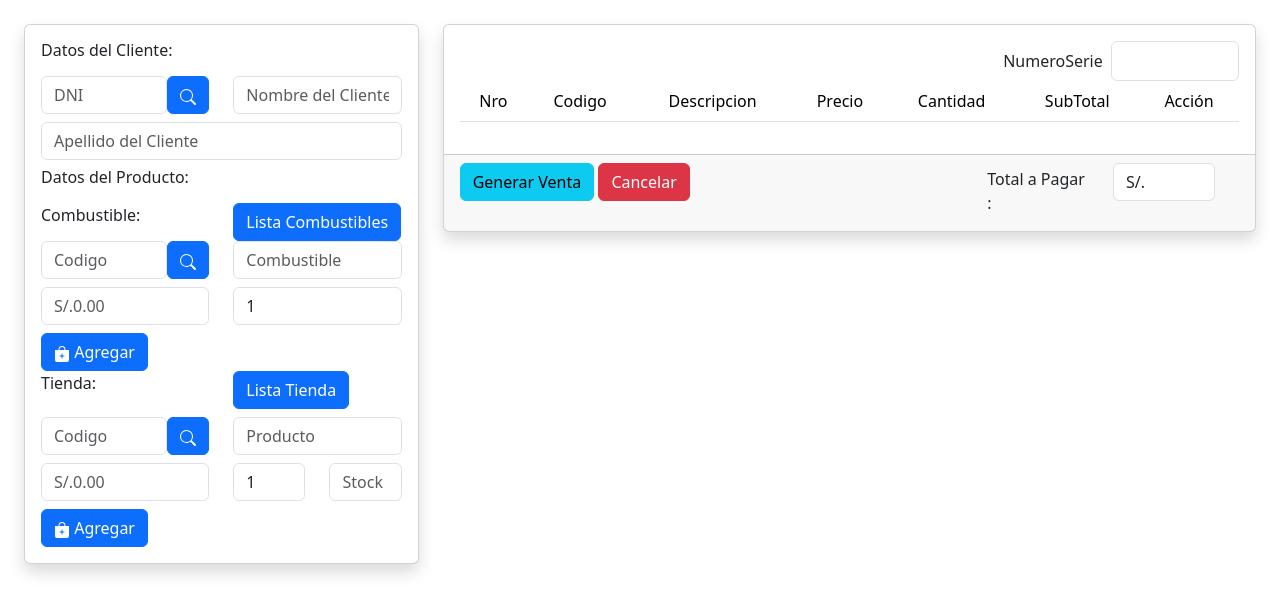
Repository: alexpool1122/evaluaciones
Page: http://localhost/Centenario2023/Ventas.jsp
The author's editor kept a copy of each file at every save. The page is drawn from the files as they stood at one save, then again after the next save.
The browser window is 1280 px wide. The pictures show the whole page.
The page is served by Tomcat 10. Other server files are loaded and not shown. The template is opened directly, without the code that normally fills it, so the values that code supplies are empty.

Above is the page before, as saved 2023-06-29 19:11:45.

### ProyectoFinal/Proyecto/Centenario2023/src/main/webapp/Ventas.jsp
<%@page import="Entidad.Empleado"%>
<%@page import="java.sql.ResultSet"%>
<%@page import="java.sql.PreparedStatement"%>
<%@page import="java.sql.DriverManager"%>
<%@page import="java.sql.Connection"%>
<%@page import="Entidad.Combustible"%>
<%@page import="java.awt.event.ItemEvent"%>
<%@page import="org.apache.tomcat.util.descriptor.tld.TldRuleSet.Variable"%>
<%@page import="org.eclipse.jdt.internal.compiler.ast.ForeachStatement"%>
<%@page import="org.apache.jasper.tagplugins.jstl.core.ForEach"%>
<%@page import="Entidad.Venta"%>
<%@page import="java.util.List"%>
<%@ page language="java" contentType="text/html; charset=ISO-8859-1"
    pageEncoding="ISO-8859-1"%>
<!DOCTYPE html>
<html>
<head>
    <meta charset="utf-8">
    <meta name="viewport" content="width=device-width, initial-scale=1">
    <title>Ventas</title>
    <link href="https://cdn.jsdelivr.net/npm/bootstrap@5.3.0-alpha3/dist/css/bootstrap.min.css" rel="stylesheet" integrity="sha384-KK94CHFLLe+nY2dmCWGMq91rCGa5gtU4mk92HdvYe+M/SXH301p5ILy+dN9+nJOZ" crossorigin="anonymous">
</head>
<body>
	<%
		Class.forName("com.mysql.jdbc.Driver");
		String url = "jdbc:mysql://localhost:3306/BDCentenario23";
		String usuario = "root";
		String clave = "mysql";
		String sql ;
		Connection cn = DriverManager.getConnection(url,usuario,clave) ;
		PreparedStatement pstm ;
		ResultSet rs ;
	%>
	<div class="m-4">
		<div class="row">
			<div class="col-4">
				<div class="card shadow">
					<div class="card-body">
						<form action="Controlador?menu=Venta" method="post">
							<div class="form-group row mb-2">
								<h6>Datos del Cliente:</h6>
							</div>
							<div class="form-group row mb-2">
								<div class="col-6 d-flex">
									<input type="text" class="form-control" name="txtDniCliente"id="codCliente" placeholder="DNI" value="${cliente.getDniCliente() }">
									<button type="submit" class="btn btn-primary" value="BuscarCliente" name="accion" id="buscarCliente">
										<svg xmlns="http://www.w3.org/2000/svg" width="16" height="16" fill="currentColor" class="bi bi-search" viewBox="0 0 16 16">
										  <path d="M11.742 10.344a6.5 6.5 0 1 0-1.397 1.398h-.001c.03.04.062.078.098.115l3.85 3.85a1 1 0 0 0 1.415-1.414l-3.85-3.85a1.007 1.007 0 0 0-.115-.1zM12 6.5a5.5 5.5 0 1 1-11 0 5.5 5.5 0 0 1 11 0z"/>
										</svg>
									</button>
								</div>
								<div class="col-6">
										<input type="text" class="form-control" name="txtCliente" value="${cliente.getNomCliente()}" id="nomCliente" placeholder="Nombre del Cliente">
									</div>
								<div class=" mt-2">
									<input type="text" class="form-control" name="txtCliente" value="${cliente.getApeCliente()}" id="nomCliente" placeholder="Apellido del Cliente">
								</div>
							</div>
							<div class="form-group row mb-2">
								<h6>Datos del Producto:</h6>
							</div>
							<div class="form-group row">
								<div class="col-6">
									<label>Combustible:</label>
								</div>
								<div class="col-6">
									<!-- Button trigger modal -->
									<button type="button" class="btn btn-primary" data-bs-toggle="modal" data-bs-target="#exampleModal">
									  Lista Combustibles
									</button>

									<!-- Modal -->
									<div class="modal fade" id="exampleModal" tabindex="-1" aria-labelledby="exampleModalLabel" aria-hidden="true">
									  <div class="modal-dialog">
									    <div class="modal-content">
									      <div class="modal-header">
									        <h1 class="modal-title fs-5" id="exampleModalLabel">Lista de los Combustibles</h1>
									        <button type="button" class="btn-close" data-bs-dismiss="modal" aria-label="Close"></button>
									      </div>
									      <div class="modal-body">
									        <table class="table">
												<tr>
													<td>Codigo</td>
													<td>Producto</td>
													<td>Capacidad</td>
													<td>Precio</td>
													<td>Estado</td>
												</tr>
												<%
													sql = "select * from productoCombustible";
													pstm = cn.prepareStatement(sql);
													rs = pstm.executeQuery();
													while(rs.next()){
												%>
												<tr>
														<td><%= rs.getString(1) %></td>
														<td><%= rs.getString(2) %></td>
														<td><%= rs.getDouble(3) %></td>
														<td><%= rs.getDouble(4) %></td>
														<td><%= rs.getString(5) %></td>
												</tr>
												<%} %>
											</table>
									      </div>
									      <div class="modal-footer">
									        <button type="button" class="btn btn-danger" data-bs-dismiss="modal">Cerrar</button>
									      </div>
									    </div>
									  </div>
									</div>
								</div>
							</div>
							<div class="form-group row mb-2">
								<div class="col-6 d-flex">
									<input type="text" class="form-control" name="txtCodigo" placeholder="Codigo" value="${combustible.getCodProdComb() }">
									<button type="submit" class="btn btn-primary" value="BuscarCombustible" name="accion" id="buscarCombustible">
										<svg xmlns="http://www.w3.org/2000/svg" width="16" height="16" fill="currentColor" class="bi bi-search" viewBox="0 0 16 16">
										  <path d="M11.742 10.344a6.5 6.5 0 1 0-1.397 1.398h-.001c.03.04.062.078.098.115l3.85 3.85a1 1 0 0 0 1.415-1.414l-3.85-3.85a1.007 1.007 0 0 0-.115-.1zM12 6.5a5.5 5.5 0 1 1-11 0 5.5 5.5 0 0 1 11 0z"/>
										</svg>
									</button>
								</div>
								<div class="col-6">
									<input type="text" class="form-control" name="txtCombustible" placeholder="Combustible" value="${combustible.getNomComb()}">
								</div>
							</div>
							<div class="form-group row mb-2">
								<div class="col-6">
									<input type="text" class="form-control" name="txtPrecio" id="precio" placeholder="S/.0.00" value="${combustible.getPrecio()}">
								</div>
								<div class="col-6">
									<input type="number" class="form-control" name="txtCantidad" id="cantidad" placeholder="Cantidad" value="1"  title="Ingrese un número decimal válido">
								</div>
							</div>
							<div>
								<button type="submit" class="btn btn-primary" value="AgregarCombustible" name="accion" id="agregar">
									<svg xmlns="http://www.w3.org/2000/svg" width="16" height="16" fill="currentColor" class="bi bi-bag-plus-fill" viewBox="0 0 16 16">
									  <path fill-rule="evenodd" d="M10.5 3.5a2.5 2.5 0 0 0-5 0V4h5v-.5zm1 0V4H15v10a2 2 0 0 1-2 2H3a2 2 0 0 1-2-2V4h3.5v-.5a3.5 3.5 0 1 1 7 0zM8.5 8a.5.5 0 0 0-1 0v1.5H6a.5.5 0 0 0 0 1h1.5V12a.5.5 0 0 0 1 0v-1.5H10a.5.5 0 0 0 0-1H8.5V8z"/>
									</svg>
									 Agregar
								</button>
							</div>
							<div class="form-group row mb-2">
								<div class="col-6">
									<label>Tienda:</label>
								</div>
								<div class="col-6">
									<button type="button" class="btn btn-primary" data-bs-toggle="modal" data-bs-target="#listaTienda">
									  Lista Tienda
									</button>
									<!-- Modal -->
									<div class="modal fade" id="listaTienda" tabindex="-1" aria-labelledby="exampleModalLabel" aria-hidden="true">
									  <div class="modal-dialog">
									    <div class="modal-content">
									      <div class="modal-header">
									        <h1 class="modal-title fs-5" id="exampleModalLabel">Lista de los Productos</h1>
									        <button type="button" class="btn-close" data-bs-dismiss="modal" aria-label="Close"></button>
									      </div>
									      <div class="modal-body">
									        <table class="table">
												<tr>
													<td>Codigo</td>
													<td>Producto</td>
													<td>Precio</td>
													<td>Stock</td>
												</tr>
												<%
													sql = "select * from productoTienda";
													pstm = cn.prepareStatement(sql);
													rs = pstm.executeQuery();
													while(rs.next()){
												%>
												<tr>
														<td><%= rs.getString(1) %></td>
														<td><%= rs.getString(2) %></td>
														<td><%= rs.getDouble(5) %></td>
														<td><%= rs.getInt(6) %></td>
												</tr>
												<%} %>
											</table>
									      </div>
									      <div class="modal-footer">
									        <button type="button" class="btn btn-danger" data-bs-dismiss="modal">Cerrar</button>
									      </div>
									    </div>
									  </div>
									</div>
								</div>
							</div>
							<div class="form-group row mb-2">
								<div class="col-6 d-flex">
									<input type="text" class="form-control" name="txtCodPro" id="codProducto" placeholder="Codigo" value="${producto.getCodProdTie()}">
									<button type="submit" class="btn btn-primary" value="BuscarProducto" name="accion" id="buscarProducto">
										<svg xmlns="http://www.w3.org/2000/svg" width="16" height="16" fill="currentColor" class="bi bi-search" viewBox="0 0 16 16">
										  <path d="M11.742 10.344a6.5 6.5 0 1 0-1.397 1.398h-.001c.03.04.062.078.098.115l3.85 3.85a1 1 0 0 0 1.415-1.414l-3.85-3.85a1.007 1.007 0 0 0-.115-.1zM12 6.5a5.5 5.5 0 1 1-11 0 5.5 5.5 0 0 1 11 0z"/>
										</svg>
									</button>
								</div>
								<div class="col-6">
									<input type="text" class="form-control" name="txtProducto" id="nomProducto" placeholder="Producto" value="${producto.getNomProdTie()}">
								</div>
							</div>
							<div class="form-group row mb-2">
								<div class="col-6">
									<input type="text" class="form-control" name="txtPrecioProducto" id="precio" placeholder="S/.0.00" value="${producto.getPrecio()}">
								</div>
								<div class="col-3">
									<input type="number" class="form-control" name="txtCantidadProducto" id="cantidad" placeholder="Cant" value="1">
								</div>
								<div class="col-3">
									<input type="text" class="form-control" name="txtStock" id="stockProducto" placeholder="Stock" value="${producto.getStock()}">
								</div>
							</div>
							<div>
								<button type="submit" class="btn btn-primary" value="AgregarProducto" name="accion" id="agregar">
									<svg xmlns="http://www.w3.org/2000/svg" width="16" height="16" fill="currentColor" class="bi bi-bag-plus-fill" viewBox="0 0 16 16">
									  <path fill-rule="evenodd" d="M10.5 3.5a2.5 2.5 0 0 0-5 0V4h5v-.5zm1 0V4H15v10a2 2 0 0 1-2 2H3a2 2 0 0 1-2-2V4h3.5v-.5a3.5 3.5 0 1 1 7 0zM8.5 8a.5.5 0 0 0-1 0v1.5H6a.5.5 0 0 0 0 1h1.5V12a.5.5 0 0 0 1 0v-1.5H10a.5.5 0 0 0 0-1H8.5V8z"/>
									</svg>
									 Agregar
								</button>
							</div>
						</form>
					</div>
				</div>
			</div>
			<div class="col-8">
				<div class="card shadow">
					<div class="card-body">
						<div class="row">
							<div class="col-8"></div>
							<div class="col-4 d-flex">
								<label class="m-2">NumeroSerie</label>
								<input type="text" class="form-control" value="${nSerie}">
							</div>
						</div>
						<table class="table">
							<tr class="text-center">
								<td>Nro</td>
								<td>Codigo</td>
								<td>Descripcion</td>
								<td>Precio</td>
								<td>Cantidad</td>
								<td>SubTotal</td>
								<td>Acción</td>
							</tr>
							<%
								List<Venta> listaVenta = (List<Venta>) request.getAttribute("ListaVenta");
								if(listaVenta != null){
									for(Venta venta:listaVenta){
							%>
							<tr class="text-center">
								<td><%= venta.getItem() %></td>
								<td><%= venta.getCodProdTie() != null ? venta.getCodProdTie() : venta.getCodProdComb() %></td>
								<td><%= venta.getDescripcion() %></td>
								<td><%= venta.getPrecio() %></td>
								<td><%= venta.getCantidad() %></td>
								<td><%= venta.getSubTotal() %></td>
								<td class="text-center">
									<a href="#" class="btn btn-warning">
										<svg xmlns="http://www.w3.org/2000/svg" width="16" height="16" fill="currentColor" class="bi bi-pencil-square" viewBox="0 0 16 16">
										  <path d="M15.502 1.94a.5.5 0 0 1 0 .706L14.459 3.69l-2-2L13.502.646a.5.5 0 0 1 .707 0l1.293 1.293zm-1.75 2.456-2-2L4.939 9.21a.5.5 0 0 0-.121.196l-.805 2.414a.25.25 0 0 0 .316.316l2.414-.805a.5.5 0 0 0 .196-.12l6.813-6.814z"/>
										  <path fill-rule="evenodd" d="M1 13.5A1.5 1.5 0 0 0 2.5 15h11a1.5 1.5 0 0 0 1.5-1.5v-6a.5.5 0 0 0-1 0v6a.5.5 0 0 1-.5.5h-11a.5.5 0 0 1-.5-.5v-11a.5.5 0 0 1 .5-.5H9a.5.5 0 0 0 0-1H2.5A1.5 1.5 0 0 0 1 2.5v11z"/>
										</svg>
									</a>
									<a href="#" class="btn btn-danger">
										<svg xmlns="http://www.w3.org/2000/svg" width="16" height="16" fill="currentColor" class="bi bi-trash" viewBox="0 0 16 16">
										  <path d="M5.5 5.5A.5.5 0 0 1 6 6v6a.5.5 0 0 1-1 0V6a.5.5 0 0 1 .5-.5Zm2.5 0a.5.5 0 0 1 .5.5v6a.5.5 0 0 1-1 0V6a.5.5 0 0 1 .5-.5Zm3 .5a.5.5 0 0 0-1 0v6a.5.5 0 0 0 1 0V6Z"/>
										  <path d="M14.5 3a1 1 0 0 1-1 1H13v9a2 2 0 0 1-2 2H5a2 2 0 0 1-2-2V4h-.5a1 1 0 0 1-1-1V2a1 1 0 0 1 1-1H6a1 1 0 0 1 1-1h2a1 1 0 0 1 1 1h3.5a1 1 0 0 1 1 1v1ZM4.118 4 4 4.059V13a1 1 0 0 0 1 1h6a1 1 0 0 0 1-1V4.059L11.882 4H4.118ZM2.5 3h11V2h-11v1Z"/>
										</svg>
									</a>
								</td>
							</tr>
							<%		}
								}%>

								<%
								List<Venta> listaVentaC = (List<Venta>) request.getAttribute("ListaVentaC");
								if(listaVentaC != null){
									for(Venta ventaC:listaVentaC){
							%>
							<tr class="text-center">
								<td><%= ventaC.getItem() %></td>
								<td><%= ventaC.getCodProdComb() != null ? ventaC.getCodProdComb() : ventaC.getCodProdTie() %></td>
								<td><%= ventaC.getDescripcion() %></td>
								<td><%= ventaC.getPrecio() %></td>
								<td><%= ventaC.getCantidad() %></td>
								<td><%= ventaC.getSubTotal() %></td>
								<td class="text-center">
									<a href="#" class="btn btn-warning">
										<svg xmlns="http://www.w3.org/2000/svg" width="16" height="16" fill="currentColor" class="bi bi-pencil-square" viewBox="0 0 16 16">
										  <path d="M15.502 1.94a.5.5 0 0 1 0 .706L14.459 3.69l-2-2L13.502.646a.5.5 0 0 1 .707 0l1.293 1.293zm-1.75 2.456-2-2L4.939 9.21a.5.5 0 0 0-.121.196l-.805 2.414a.25.25 0 0 0 .316.316l2.414-.805a.5.5 0 0 0 .196-.12l6.813-6.814z"/>
										  <path fill-rule="evenodd" d="M1 13.5A1.5 1.5 0 0 0 2.5 15h11a1.5 1.5 0 0 0 1.5-1.5v-6a.5.5 0 0 0-1 0v6a.5.5 0 0 1-.5.5h-11a.5.5 0 0 1-.5-.5v-11a.5.5 0 0 1 .5-.5H9a.5.5 0 0 0 0-1H2.5A1.5 1.5 0 0 0 1 2.5v11z"/>
										</svg>
									</a>
									<a href="#" class="btn btn-danger">
										<svg xmlns="http://www.w3.org/2000/svg" width="16" height="16" fill="currentColor" class="bi bi-trash" viewBox="0 0 16 16">
										  <path d="M5.5 5.5A.5.5 0 0 1 6 6v6a.5.5 0 0 1-1 0V6a.5.5 0 0 1 .5-.5Zm2.5 0a.5.5 0 0 1 .5.5v6a.5.5 0 0 1-1 0V6a.5.5 0 0 1 .5-.5Zm3 .5a.5.5 0 0 0-1 0v6a.5.5 0 0 0 1 0V6Z"/>
										  <path d="M14.5 3a1 1 0 0 1-1 1H13v9a2 2 0 0 1-2 2H5a2 2 0 0 1-2-2V4h-.5a1 1 0 0 1-1-1V2a1 1 0 0 1 1-1H6a1 1 0 0 1 1-1h2a1 1 0 0 1 1 1h3.5a1 1 0 0 1 1 1v1ZM4.118 4 4 4.059V13a1 1 0 0 0 1 1h6a1 1 0 0 0 1-1V4.059L11.882 4H4.118ZM2.5 3h11V2h-11v1Z"/>
										</svg>
									</a>
								</td>
							</tr>
							<%		}
								}%>
						</table>
					</div>
					<div class="card-footer">
						<div class="row">
							<div class="col-6">
								<a href="Controlador?menu=Venta&accion=GenerarVenta" class="btn btn-info">Generar Venta</a>
								<input class="btn btn-danger" type="submit" value="Cancelar" name="agregar" id="Cancelar">
							</div>
							<div class="col-6 row">
								<div class="col-4"></div>
								<div class="col-4 d-flex">
									<label class="form-label w-100 mt-1">Total a Pagar :</label>
								</div>
								<div class="col-4">
									<input type="text" class="form-control" value="S/. ${TotalPagar}">
								</div>
							</div>
						</div>
					</div>
				</div>
			</div>
		</div>
	</div>
	<script src="https://cdn.jsdelivr.net/npm/bootstrap@5.3.0-alpha3/dist/js/bootstrap.bundle.min.js" integrity="sha384-ENjdO4Dr2bkBIFxQpeoTz1HIcje39Wm4jDKdf19U8gI4ddQ3GYNS7NTKfAdVQSZe" crossorigin="anonymous"></script>
</body>
</html>

After the next save:
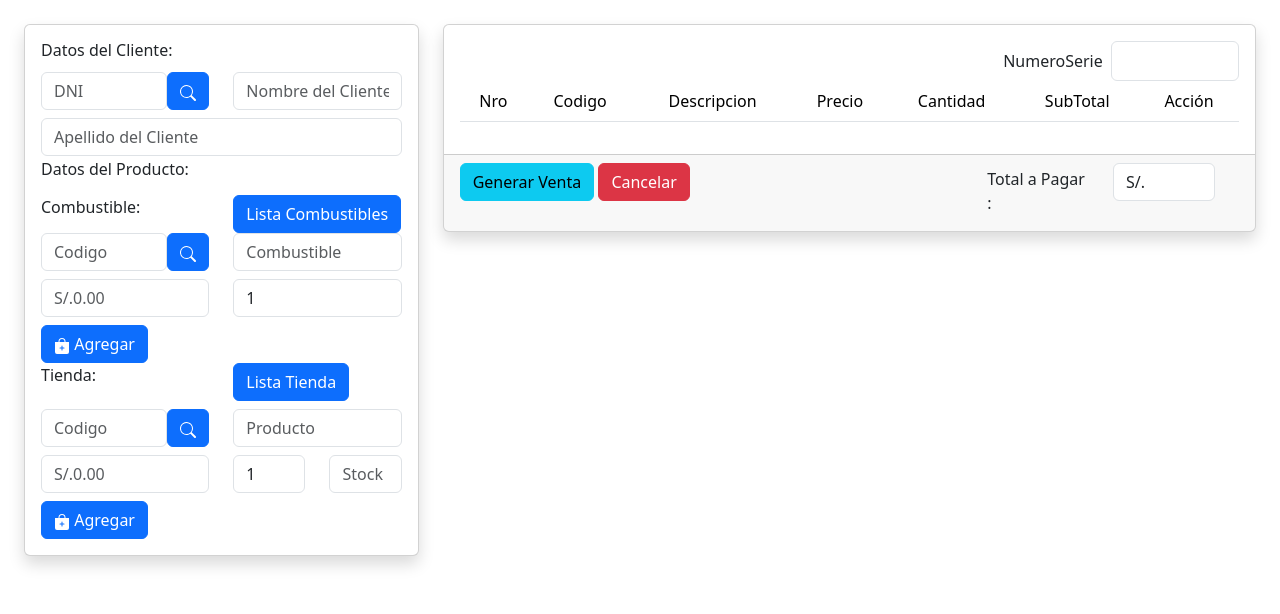
Saved 22 s later.
--- a/ProyectoFinal/Proyecto/Centenario2023/src/main/webapp/Ventas.jsp
+++ b/ProyectoFinal/Proyecto/Centenario2023/src/main/webapp/Ventas.jsp
@@ -37,10 +37,10 @@
 				<div class="card shadow">
 					<div class="card-body">
 						<form action="Controlador?menu=Venta" method="post">
-							<div class="form-group row mb-2">
+							<div class="form-group row mb-1">
 								<h6>Datos del Cliente:</h6>
 							</div>
-							<div class="form-group row mb-2">
+							<div class="form-group row mb-1">
 								<div class="col-6 d-flex">
 									<input type="text" class="form-control" name="txtDniCliente"id="codCliente" placeholder="DNI" value="${cliente.getDniCliente() }">
 									<button type="submit" class="btn btn-primary" value="BuscarCliente" name="accion" id="buscarCliente">
